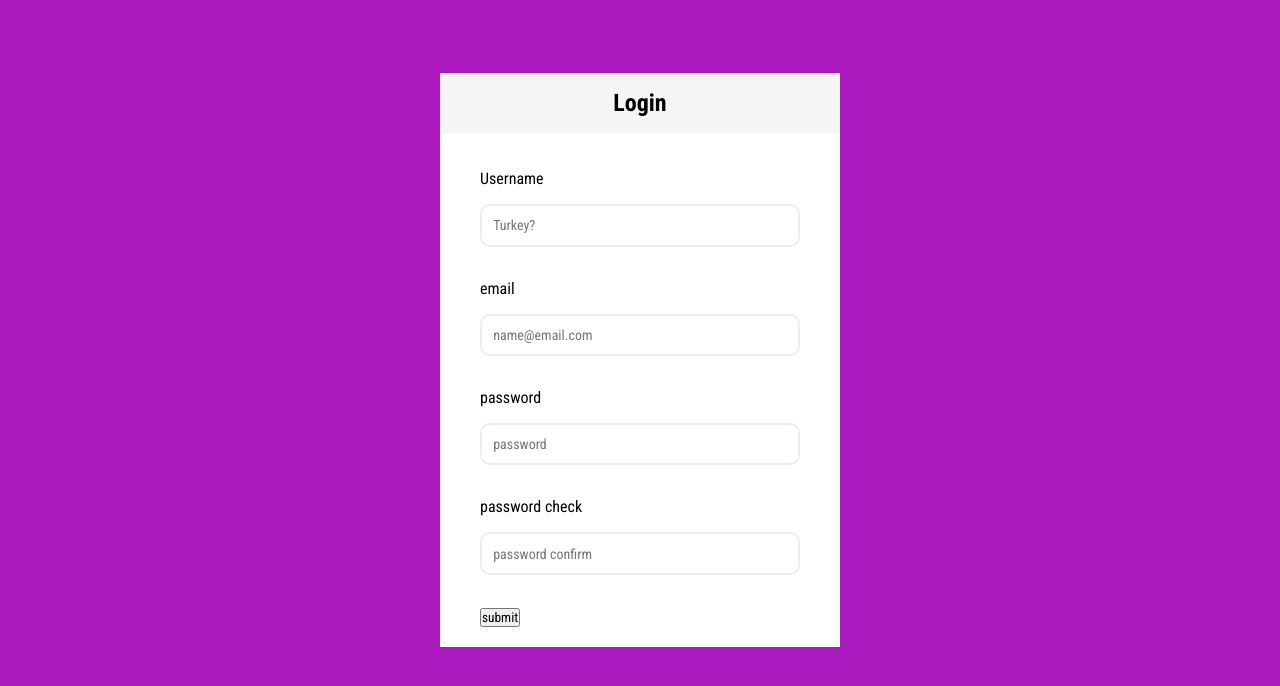
Repository: Abdoulrhman-altyeb/form-_validation-
Page: index.html
The author's editor kept a copy of each file at every save. The page is drawn from the files as they stood at one save, then again after a run of saves.
The browser window is 1280 px wide. The pictures show the whole page.

Above is the page before, as saved 2021-05-23 20:51:27.

After the next 2 saves:
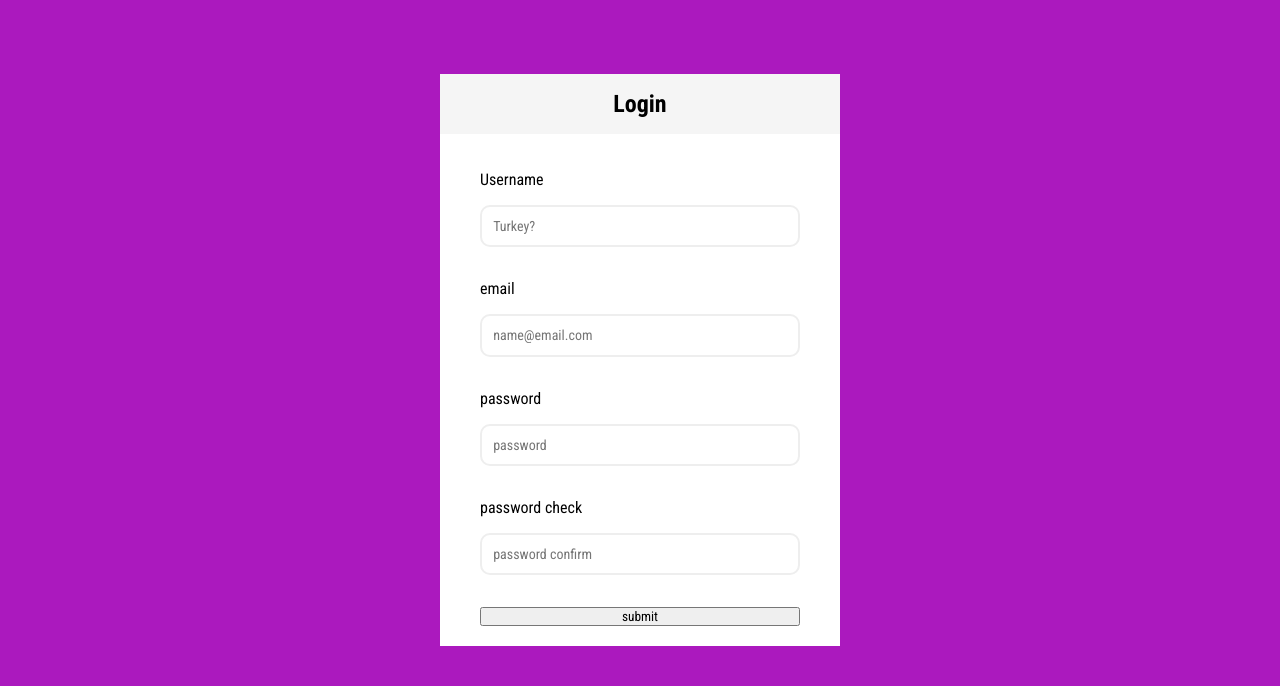
The 2 saves are shown as one change because they came seconds apart.
The last was saved 16 s later.
--- a/style.css
+++ b/style.css
@@ -58,3 +58,8 @@ body{
     left:5px;
     visibility: hidden;
 }
+
+#btn {
+    display: block;
+    width:100%;
+}
